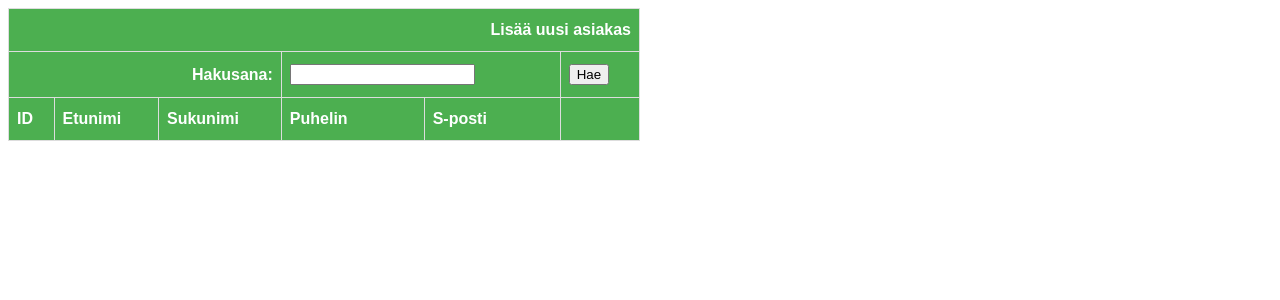
Repository: Lateh13/Asiakkaat
Page: http://localhost/Asiakkaat/listaaasiakkaat.jsp
These files come from the project's save history. The page is drawn as it stood at one moment and after the next save; the edit follows.
The browser window is 1280 px wide. The pictures show the whole page.
The page is served by Tomcat 9. Other server files are loaded and not shown. Queries for data that is not in the repository find no rows.

Above is the page before, as saved 2020-04-29 17:55:13.

### Asiakkaat/WebContent/listaaasiakkaat.jsp
<%@ page language="java" contentType="text/html; charset=ISO-8859-1"
    pageEncoding="ISO-8859-1"%>
<!DOCTYPE html>
<html>
<head>
<meta charset="ISO-8859-1">
<script src="https://ajax.googleapis.com/ajax/libs/jquery/3.4.1/jquery.min.js"></script>
<link rel="stylesheet" type="text/css" href="css/main.css">
<title>Asiakkaat</title>
</head>
<body>
<table id="listaus">
	<thead>
		<tr>
			<th colspan="6" class="oikealle"><span id="uusiAsiakas">Lisää uusi asiakas</span></th>
		</tr>
		<tr>
			<th class="oikealle" colspan="3">Hakusana:</th>
			<th colspan="2"><input type="text" name="haku" id="haettava" size="20"></th>
			<th ><input type="submit" value="Hae" id="hakunappi"></th>
		</tr>
  		<tr>
  			<th>ID</th>
	    	<th>Etunimi</th>
	    	<th>Sukunimi</th>
	    	<th>Puhelin</th>
	   		<th>S-posti</th>
	   		<th></th>
	   	</tr>
	</thead>
	<tbody>
	</tbody>
</table>
<script>
$(document).ready(function() {
	haeAsiakkaat();

	$("#uusiAsiakas").click(function() {
		document.location="lisaaasiakas.jsp";
	});

	$("#hakunappi").click(function() {
		haeAsiakkaat();

	});
	$(document.body).on("keydown", function(event) {
		if(event.which == 13) {
			haeAsiakkaat();
		}
	});
});

function haeAsiakkaat() {
	$("#listaus tbody").empty();
	$.ajax({url:"asiakkaat/"+$("#haettava").val(), type:"GET", dataType:"json", success:function(result) {
		$.each(result.asiakkaat, function(i, field) {
			var htmlStr;
			htmlStr+="<tr>";
			htmlStr+="<td>"+field.id+"</td>";
			htmlStr+="<td>"+field.etunimi+"</td>";
			htmlStr+="<td>"+field.sukunimi+"</td>";
			htmlStr+="<td>"+field.puhelin+"</td>";
			htmlStr+="<td>"+field.sposti+"</td>";
			htmlStr+="<td><span class='poista' onclick=poista('"+field.id+"')>Poista</span></td>";
			htmlStr+="</tr>";
			$("#listaus tbody").append(htmlStr);
		});
	}});
}

function poista(id) {
	if (confirm("Poista asiakas, jonka id on " + id +"?")) {
		$.ajax({url:"asiakkaat/"+id, type:"DELETE", dataType:"json", success:function(result) {
			if (result.response == 0) {
				$("#ilmoitus").html("Asiakkaan poisto epäonnistui.");
			} else if (result.response == 1) {
				$("#rivi_"+id).css("background-color", "red");
				alert("Asiakas " + id + " poisto onnistui");
				haeAsiakkaat();
			};
		}});
	}
}
</script>
</body>
</html>

### Asiakkaat/WebContent/css/main.css
@charset "ISO-8859-1";
table {
	border-collapse: collapse;
	width: 50%;
	font-family: Arial, Helvetica, sans-serif;
}

table td, table th {
  border: 1px solid #ddd;
  padding: 8px;
}

table tbody tr:nth-child(even){
	background-color: #f2f2f2;
}

table tbody tr:hover {
	background-color: #ddd;
}

table th {
  padding-top: 12px;
  padding-bottom: 12px;
  text-align: left;
  background-color: #4CAF50;
  color: white;
}

.oikealle{
	text-align: right;
}

#uusiAsiakas, #takaisin{
	color: white;
	cursor: pointer;
}

### Asiakkaat/src/control/Asiakkaat.java
package control;

import java.io.IOException;
import java.io.PrintWriter;
import java.util.ArrayList;
import javax.servlet.ServletException;
import javax.servlet.annotation.WebServlet;
import javax.servlet.http.HttpServlet;
import javax.servlet.http.HttpServletRequest;
import javax.servlet.http.HttpServletResponse;
import model.Asiakas;
import model.dao.Dao;
import org.json.JSONObject;


@WebServlet("/asiakkaat/*")
public class Asiakkaat extends HttpServlet {
	private static final long serialVersionUID = 1L;

    public Asiakkaat() {
        super();
        System.out.println("Asiakkaat.Asiakkaat()");
    }

	protected void doGet(HttpServletRequest request, HttpServletResponse response) throws ServletException, IOException {
		System.out.println("Asiakkaat.doGet()");
		String pathInfo = request.getPathInfo();
		String hakusana = pathInfo.replace("/", "");
		Dao dao = new Dao();
		ArrayList<Asiakas> asiakkaat = dao.listaaKaikki(hakusana);
		System.out.println(asiakkaat);
		String strJSON = new JSONObject().put("asiakkaat", asiakkaat).toString();
		response.setContentType("application/json");
		PrintWriter out = response.getWriter();
		out.println(strJSON);
	}

	protected void doPost(HttpServletRequest request, HttpServletResponse response) throws ServletException, IOException {
		System.out.println("Asiakkaat.doPost()");
		JSONObject jsonObj = new JsonStrToObj().convert(request);
		Asiakas asiakas = new Asiakas();
		asiakas.setEtunimi(jsonObj.getString("etunimi"));
		asiakas.setSukunimi(jsonObj.getString("sukunimi"));
		asiakas.setPuhelin(jsonObj.getString("puhelin"));
		asiakas.setSposti(jsonObj.getString("sposti"));
		response.setContentType("application/json");
		PrintWriter out = response.getWriter();
		Dao dao = new Dao();
		if (dao.lisaaAsiakas(asiakas)) {
			out.println("{\"response\":1}");
		} else {
			out.println("{\"response\":0}");
		}
	}

	protected void doPut(HttpServletRequest request, HttpServletResponse response) throws ServletException, IOException {
		System.out.println("Asiakkaat.doPut()");
	}

	protected void doDelete(HttpServletRequest request, HttpServletResponse response) throws ServletException, IOException {
		System.out.println("Asiakkaat.do()");
	}
}

### Asiakkaat/src/model/dao/Dao.java
package model.dao;

import java.sql.Connection;
import java.sql.DriverManager;
import java.sql.PreparedStatement;
import java.sql.ResultSet;
import java.util.ArrayList;
import model.Asiakas;

public class Dao {
	private Connection connection = null;
	private ResultSet rs = null;
	private PreparedStatement stmtPrep = null;
	private String sql;
	private String db = "Myynti.sqlite";

	private Connection yhdista() {
		Connection connection = null;
		String path = System.getProperty("catalina.base");
		path += "/webapps/";
		String url = "jdbc:sqlite:" + path + db;
		try {
			Class.forName("org.sqlite.JDBC");
			connection = DriverManager.getConnection(url);
			System.out.println("Yhteys avattu.");
		} catch (Exception e) {
			System.out.println("Yhteyden avaaminen epäonnistui.");
			e.printStackTrace();
		}
		return connection;
	}

	public ArrayList<Asiakas> listaaKaikki() {
		ArrayList<Asiakas> asiakkaat = new ArrayList<Asiakas>();
		sql = "SELECT * FROM asiakkaat";
		try {
			connection = yhdista();
			if (connection != null) {
				stmtPrep = connection.prepareStatement(sql);
				rs = stmtPrep.executeQuery();
				if (rs != null) {
					while(rs.next()) {
						Asiakas asiakas = new Asiakas();
						asiakas.setId(rs.getInt(1));
						asiakas.setEtunimi(rs.getString(2));
						asiakas.setSukunimi(rs.getString(3));
						asiakas.setPuhelin(rs.getString(4));
						asiakas.setSposti(rs.getString(5));
						asiakkaat.add(asiakas);
					}
				}
			}
			connection.close();
		} catch (Exception e) {
			e.printStackTrace();
		}
		return asiakkaat;
	}

	public ArrayList<Asiakas> listaaKaikki(String haku) {
		ArrayList<Asiakas> asiakkaat = new ArrayList<Asiakas>();
		sql = "SELECT * FROM asiakkaat WHERE etunimi LIKE ? OR sukunimi LIKE ? OR puhelin LIKE ? or sposti LIKE ?";
		try {
			connection = yhdista();
			if (connection != null) {
				stmtPrep = connection.prepareStatement(sql);
				stmtPrep.setString(1, "%" + haku +"%");
				stmtPrep.setString(2, "%" + haku +"%");
				stmtPrep.setString(3, "%" + haku +"%");
				stmtPrep.setString(4, "%" + haku +"%");
				rs = stmtPrep.executeQuery();
				if (rs != null) {
					while(rs.next()) {
						Asiakas asiakas = new Asiakas();
						asiakas.setId(rs.getInt(1));
						asiakas.setEtunimi(rs.getString(2));
						asiakas.setSukunimi(rs.getString(3));
						asiakas.setPuhelin(rs.getString(4));
						asiakas.setSposti(rs.getString(5));
						asiakkaat.add(asiakas);
					}
				}
			}
			connection.close();
		} catch (Exception e) {
			e.printStackTrace();
		}
		return asiakkaat;
	}

	public boolean lisaaAsiakas(Asiakas asiakas) {
		boolean paluuArvo = true;
		sql = "INSERT INTO asiakkaat(etunimi,sukunimi,puhelin,sposti) VALUES(?,?,?,?)";
		try {
			connection = yhdista();
			stmtPrep = connection.prepareStatement(sql);
			stmtPrep.setString(1, asiakas.getEtunimi());
			stmtPrep.setString(2, asiakas.getSukunimi());
			stmtPrep.setString(3, asiakas.getPuhelin());
			stmtPrep.setString(4, asiakas.getSposti());
			stmtPrep.executeUpdate();
			connection.close();
		} catch (Exception e) {
			e.printStackTrace();
			paluuArvo = false;
		}
		return paluuArvo;
	}

	public boolean poistaAsiakas(int id) {
		boolean paluuArvo = true;
		sql = "DELETE FROM asiakkaat WHERE asiakas_id=?";
		try {
			connection = yhdista();
			stmtPrep = connection.prepareStatement(sql);
			stmtPrep.setInt(1, id);
			stmtPrep.executeUpdate();
			connection.close();
		} catch (Exception e) {
			e.printStackTrace();
			paluuArvo = false;
		}
		return paluuArvo;
	}
}

After the next save:
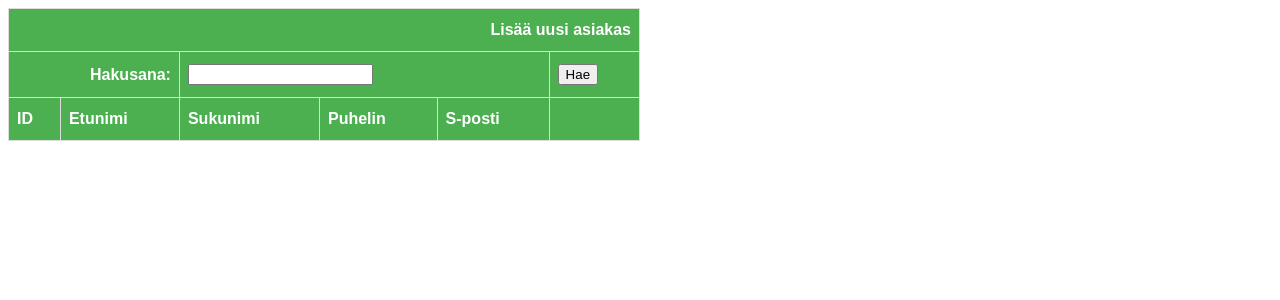
Saved 25 s later.
--- a/Asiakkaat/WebContent/listaaasiakkaat.jsp
+++ b/Asiakkaat/WebContent/listaaasiakkaat.jsp
@@ -15,8 +15,8 @@
 			<th colspan="6" class="oikealle"><span id="uusiAsiakas">Lisää uusi asiakas</span></th>
 		</tr>
 		<tr>
-			<th class="oikealle" colspan="3">Hakusana:</th>
-			<th colspan="2"><input type="text" name="haku" id="haettava" size="20"></th>
+			<th class="oikealle" colspan="2">Hakusana:</th>
+			<th colspan="3"><input type="text" name="haku" id="haettava" size="20"></th>
 			<th ><input type="submit" value="Hae" id="hakunappi"></th>
 		</tr>
   		<tr>
